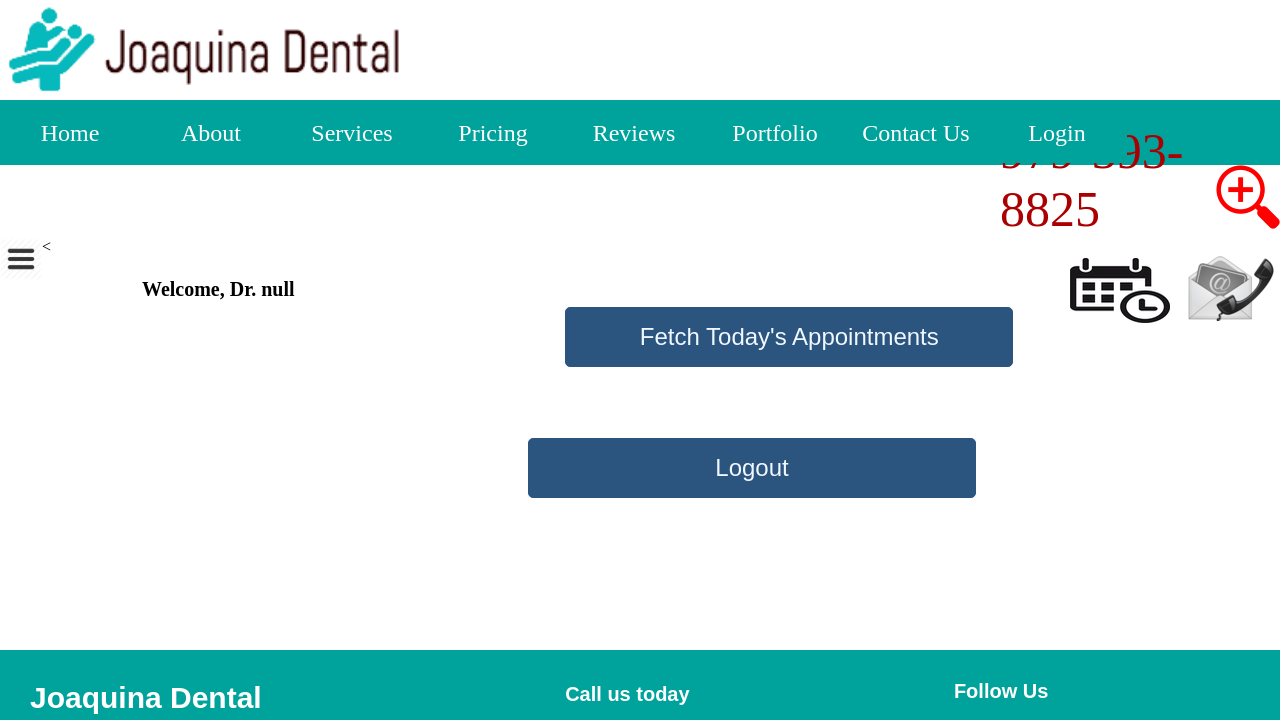
Repository: ManjushaBolishetty/test
Page: http://localhost/test/DentistHomePage.jsp
The author's editor kept a copy of each file at every save. The page is drawn from the files as they stood at one save, then again after the next save.
The browser window is 1280 px wide. The pictures show the whole page.
The page is served by Tomcat 9.

Above is the page before, as saved 2016-04-03 16:15:43.

After the next save:
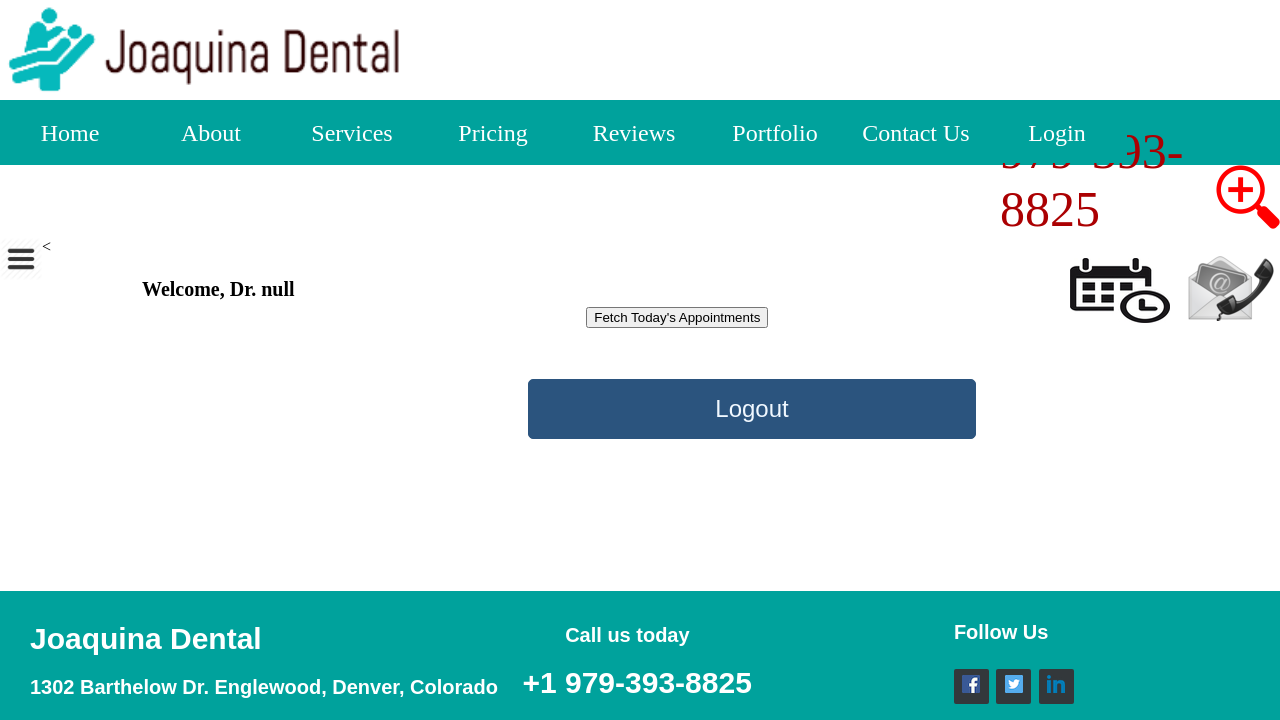
Saved 2 min 51 s later.
--- a/test/WebContent/DentistHomePage.jsp
+++ b/test/WebContent/DentistHomePage.jsp
@@ -21,7 +21,7 @@
 
 <div class="appointment" align=center>
   <form action="HelloWorldServlet" method="post">
-      <input type="submit" value="Fetch Today's Appointments" />
+      <input type="button" value="Fetch Today's Appointments" />
   </form>
 </div>
 
